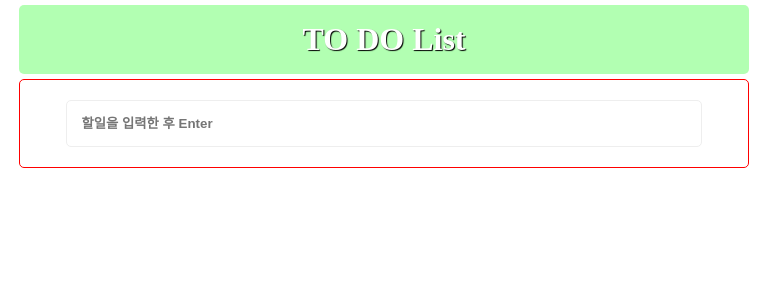
Repository: msk9308/Biz_2021_04_403_Server
Page: http://localhost/Server_014_TodoListV1/
These files come from the project's save history. The page is drawn as it stood at one moment and after the next save; the edit follows.
The browser window is 768 px wide. The pictures show the whole page.
The page is served by Tomcat 9. Queries for data that is not in the repository find no rows.

Above is the page before, as saved 2021-05-27 07:21:15.

After the next save:
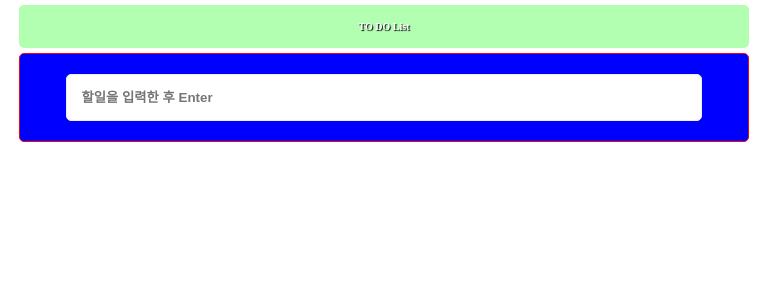
Saved 49 s later.
--- a/Server_014_TodoListV1/src/main/webapp/WEB-INF/views/home.jsp
+++ b/Server_014_TodoListV1/src/main/webapp/WEB-INF/views/home.jsp
@@ -140,6 +140,13 @@
 		margin: 5px auto;
 
 	}
+	h1 {
+	font-size:10px;
+	}
+	form.doit{
+	background-color: blue;
+	}
+
 }
 
 </style>
